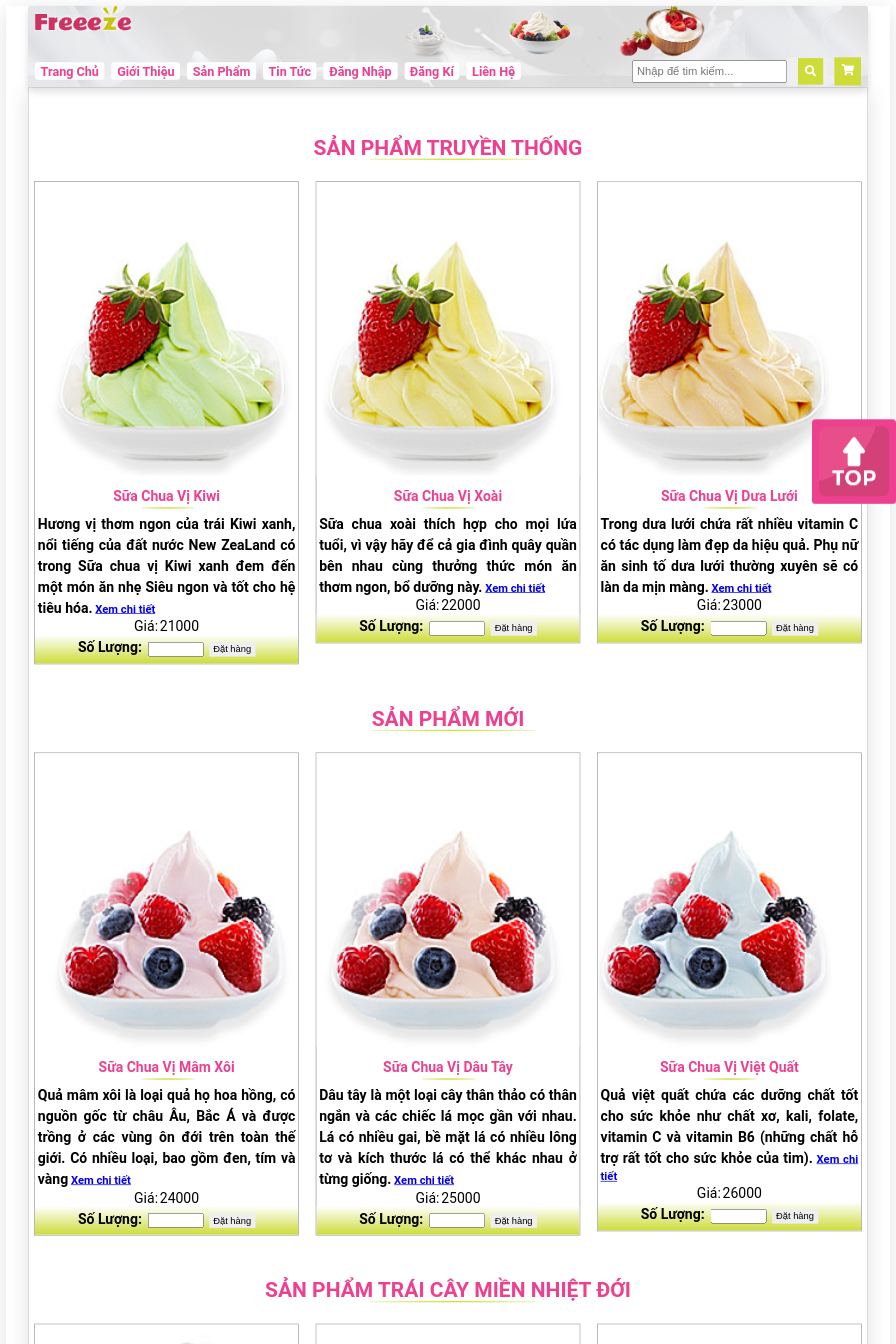
Repository: minh352623/lab1
Page: sanpham.html
These files come from the project's save history. The page is drawn as it stood at one moment and after the next save; the edit follows.
The browser window is 1280 px wide. The pictures show the part of the page from y = 0 to 1920 px (the page is 2690 px tall before and 720 px after), at 70% of full size.

Above is the page before, as saved 2022-03-12 23:45:45.

### sanpham.html
<!DOCTYPE html>
<html lang="en">

<head>
    <meta charset="UTF-8">
    <meta http-equiv="X-UA-Compatible" content="IE=edge">
    <meta name="viewport" content="width=device-width, initial-scale=1.0">
    <link rel="shortcut icon" href="./images/favicon.ico" type="image/x-icon">
    <link rel="stylesheet" href="https://cdnjs.cloudflare.com/ajax/libs/font-awesome/5.15.4/css/all.min.css" integrity="sha512-1ycn6IcaQQ40/MKBW2W4Rhis/DbILU74C1vSrLJxCq57o941Ym01SwNsOMqvEBFlcgUa6xLiPY/NS5R+E6ztJQ==" crossorigin="anonymous" referrerpolicy="no-referrer" />


    <link rel="stylesheet" href="./assets/base.css">
    <link rel="stylesheet" href="./assets/grid.css">
    <link rel="stylesheet" href="./assets/main.css">
    <link rel="stylesheet" href="./assets/sanpham.css">
    <link rel="stylesheet" href="./assets/responsive.css">
    <link rel="shortcut icon" href="./assets/images/favicon.ico">
    <title>Sản Phẩm</title>
</head>

<body>
    <div class="app">
        <!-- header -->
        <div class="header">
            <div class="grid wide">
                <div class="header__backrgoud">

                    <a href="index.html" class="header__logo">
                        <img src="./assets/images/logo.png" alt="">
                    </a>
                    <div class="header__three-img">

                        <a href="#" class="header__img img1">
                            <img src="./assets/images/header-img1.png" alt="hinh1">
                        </a>
                        <a href="#" class="header__img img2">
                            <img src="./assets/images/header-img2.png" alt="hinh2">
                        </a>
                        <a href="#" class="header__img img3">
                            <img src="./assets/images/header-img3.png" alt="hinh3">
                        </a>
                    </div>

                    <div class="header-navbar">
                        <div class="header-navbar__left">
                            <ul  class="header__list">
                                <li class="header__item">
                                    <a href="./index.html" class="header__item-link">Trang Chủ</a>

                                </li>
                                <li class="header__item">
                                    <a href="./gioithieu.html" class="header__item-link">Giới Thiệu </a>

                                </li>
                                <li class="header__item">
                                    <a href="./sanpham.html" class="header__item-link">Sản Phẩm</a>

                                </li>
                                <li class="header__item">
                                    <a href="./tintuc.html" class="header__item-link">Tin Tức</a>

                                </li>
                                <li class="header__item">
                                    <a href="./dangnhap.html" class="header__item-link">Đăng Nhập</a>

                                </li>
                                <li class="header__item">
                                    <a href="./dangky.html" class="header__item-link">Đăng Kí</a>

                                </li>
                                <li class="header__item">
                                    <a href="./lienhe.html" class="header__item-link">Liên Hệ</a>

                                </li>


                            </ul>
                        </div>

                        <form action="timkiem.html" class="header-navbar__right form-search" >
                            <div class="header-input">
                                <input type="text" class="input-search" submit placeholder="Nhập để tim kiếm...">
                            </div>
                            <div class="header-icon">
                                <button type="submit">

                                    <a href="#" class="header-icon__search">
                                        <i class="fas fa-search"></i>

                                    </a>
                                </button>
                                <a class="header-icon__cart">
                                    <i class="fas fa-shopping-cart"></i>
                                </a>
                            </div>
                        </form>
                    </div>
                </div>
            </div>

        </div>


        <!-- main -->
        <div class="main">
            <div class="grid wide">
                <div class="container">


                    <div class="product">
                        <h1 class="product__title product__header-center">Sản Phẩm Truyền Thống</h1>
                        <div class="row">

                            <div class="col l-4">

                            </div>
                            <div class="col l-4">

                            </div>
                            <div class="col l-4 overflow">

                            </div>
                        </div>

                    </div>
                    <div class="product">
                        <h1 class="product__title product__header-center">SẢN PHẨM MỚI
                        </h1>
                        <div class="row">

                            <div class="col l-4">

                            </div>
                            <div class="col l-4">

                            </div>
                            <div class="col l-4">

                            </div>
                        </div>

                    </div>
                    <div class="product">
                        <h1 class="product__title product__header-center">SẢN PHẨM TRÁI CÂY MIỀN NHIỆT ĐỚI
                        </h1>
                        <div class="row">

                            <div class="col l-4">

                            </div>
                            <div class="col l-4">



                            </div>

                            <div class="col l-4">

                            </div>
                        </div>

                    </div>
                </div>


            </div>


        </div>

    </div>


    <!-- footer -->
    <div class="footer">
        <div class="grid wide">
            <div class="license">
                <span>© 2021 Bản quyền thuộc về FreeezeVN.</span>
                <a href="">

                    <i class="fab fa-facebook-f"></i>
                </a>
                <a href="">

                    <i class="fab fa-twitter"></i>
                </a>
                <a href="">

                    <i class="fab fa-pinterest"></i>
                </a>
            </div>
            <a href="#" class="scoll">

                <img src="./assets/images/top.png" alt="">
            </a>
        </div>

    </div>

    </div>
    <script src="./js/sanpham.js"></script>
    <script src="./js/app.js"></script>

</body>

</html>

### assets/base.css
:root {
    --white-color:#fff;
    --black-color:#000;
    --text-color:#333;
    --text-color-header:#ed4190;
    --header-height:40px;
    --header-height-main:50px;
}

*{
    box-sizing: inherit;
}
.app {
    overflow: hidden;
}
html {
    font-size: 62.5%;
    line-height: 1.6rem;
    font-family: 'Roboto', sans-serif;
    box-sizing: border-box;


}

.btn {
    min-width: 124px;
    height: 34px;
    text-decoration: none;
    border: none;
    font-size: 1.5rem;
    cursor: pointer;
    color: var(--text-color);

    display: flex;
    justify-content: center;
    align-items: center;
    padding: 0 12px;
    background-color: var(--white-color);
    line-height: 1.6rem;
    outline: none;
}
.btn--size-s {
    height: 32px;
    font-size: 1.2rem;
}
.btn.btn--nomal-hover:hover {
    background-color: rgba(0, 0, 0,0.2);
}

.btn.btn--primary {
    background-color: var(--primary-color);
    color: var(--white-color);
}

.btn.btn--disabled {
    cursor: default;
    background-color: #c3c3c3;
    color: #949494;
}

### assets/main.css

html{
    scroll-behavior: smooth;
}
.app{
    position: relative;
    box-shadow: rgba(100, 100, 111, 0.2) 0px 7px 29px 0px;
}
button{
    border: none;
}
.header.is-fixed {
    position: fixed;
    top: 0;
    left: 0;
    width: 100%;
    z-index: 100;
    animation: fade 0.25s forwards 1;
  }
.header__backrgoud {
    background-image: url('./images/header.png');
    border-radius: 5px;
    padding: 0 10px;
    /* height:10rem; */
    overflow: hidden;
    display: block;
    position: relative;
    box-shadow: rgba(100, 100, 111, 0.2) 0px 7px 10px 0px;
}

.header__logo {
    display: inline-block;
}

.header__three-img {
    position: absolute;
    top: 0;
    left: 20%;
    width: 80%;



}

.header__img {
    display: inline-block;



}

.img1 {
    position: absolute;
    animation: img1 ease 1s;
    left: 30%;
    top: 2%;

}

.img2 {
    position: absolute;
    animation: img2 ease 1s;
    left: 45%;
    top: 2%;

}

.img3 {
    position: absolute;
    animation: img3 ease 1s;
    left: 63%;
    top: 2%;

}

@keyframes img1 {
    0% {
        left: 100%;
    }

    100% {
        left: 20%
    }
}

@keyframes img2 {
    0% {
        left: 100%;
    }

    100% {
        left: 40%
    }
}

@keyframes img3 {
    0% {
        left: 100%;
    }

    100% {
        left: 60%
    }
}

.header__img img {
    height: 80px;
}


.header-navbar {

    display: flex;
    justify-content: space-between;
    margin-top: 30px;
}

.header-navbar__left {
    display: flex;
    align-items: center;

}

.header__list {
    padding: 0;
    list-style: none;
    display: flex;

}

.header__item+.header__item {
    margin-left: 10px;
}

.header__item {

    background-color: var(--white-color);
    border-radius: 4px;
}
.header__item:hover a{
    color: var(--white-color);
    background-color: var(--text-color-header);
    border-radius: 4px;

}

.header__item-link {
    width: 100%;
    padding: 0 8px;
    line-height: 1.4;
    font-size: 1.8rem;
    font-weight: 600;
    display: block;
    text-decoration: none;
    color: var(--text-color-header)
}

.header-navbar__right {
    display: flex;


    align-items: center;

}

.header-input input {
    font-size: 1.6rem;
    padding: 5px 5px;

}

.header-icon {
    display: flex;
}

.header-icon__cart,
.header-icon__search {
    display: block;
    font-size: 1.6rem;
    margin-left: 10px;
    padding: 10px;
    background-color: #cddc39;
    text-decoration: none;

}

.header-icon__cart i,
.header-icon__search i {
    align-items: center;
    text-align: center;
    color: var(--white-color)
}

/* main */
.container {
    box-shadow: rgba(100, 100, 111, 0.2) 0px 7px 29px 0px;
    border:1px solid #ccc;
    padding:8px;
}

.bg-home {
    /* width:100%; */
}

.bg-home img {
    width: 100%;
    object-fit: contain;
}

.product {
    padding-top:50px
}

.product__header-center {

    color: var(--text-color-header);
    font-size: 3rem;
    position: relative;

    text-align: center;
    display: flex;
    justify-content: center;

}

.product__header-center::after {
    content: '';
    position: absolute;
    background: radial-gradient(#cddc39, #fff);
    box-sizing: border-box;
    transform: skew(-12deg) translate(3%);
    height: 3px;
    width: 20%;
    bottom: -10px;
}

.product__title {
    font-size: 2rem;
    color: var(--text-color-header)
}

.product__img {

}
.product__img img{
    width: 100%;
    object-fit: contain;
}
.product__info p{
    line-height:1.5;
    width: 100%;
    margin-top: 0;
    font-size:1.8rem;
    color: var(--black-color);
    font-weight: 600;
}
.flex{
    display: flex;
    flex-direction: row-reverse
}
.product__header-center3{
    color: var(--text-color-header);
    font-size: 3rem;




}
.tutorial h2{
    color: var(--text-color-header);
    font-size:1.8rem;
}

.tutorial{
    font-size:1.6rem;
    line-height: 1.4;
    font-weight: 600;
}

.contact{
    border:1px solid var(--text-color-header);
    padding:10px 0;
    text-align:center;
}
.contact__img{
    object-fit: contain;
    width: 40%;
}
.contact span {
    display: block;
    font-size:1.8rem;
    font-weight: 600;
    padding-top: 10px;
}

/* footer */

.license{
    font-size:2.5rem;
    font-weight: 600;
    display: block;
    padding: 30px 50px;
    margin-top: 5px;
    text-align:center;
    box-shadow: rgba(100, 100, 111, 0.2) 0px 7px 29px 0px;
}
.license a{
    text-decoration:none;
    color: var(--text-color-header)
}

.scoll{
    font-size:2rem;
    position:fixed;
    background:var(--text-color-header);
    display:block;
    text-decoration: none;
    padding:10px;
    bottom:0;
    right: 0;
    border-radius:5px;
}
.scoll img{
    width: 100%;
    object-fit: contain;
    width:100px;
    height: 100px;
}
.price{
    font-size:2rem;
    margin:16px 0;

}
span{
    font-size: 2rem;
}

### assets/sanpham.css
.product{
    /* border: 1px solid #333; */
}
.overflow{
    overflow: hidden;
}

.product__title{
    text-transform:uppercase;
    font-size: 3rem !important;
    text-align: center;
    margin-bottom: 40px;
}
.product-child{
    border: 1px solid #999;

    overflow: hidden;

}
.product__header-center{
    text-align: center;
    font-size:2rem;
    height:10%;
}
.product__header{

    height:60%;
}
.product__img{
    height:40%;
    position: relative;
}
.product__img img{
    max-height:100%;
    object-fit: cover;
}
.product__info {
    height:90%;
    text-align: center;
}
.product__info p {
    height:60%;
    font-size:1.6rem;
    height:30%;
    text-align: justify;
    padding:0 4px;
    margin-bottom: 4px;
}

.product__info-oder {
    height:40%;
    display:flex;
    font-size:1.6rem;
    padding:10px 0;
    background-image:linear-gradient(  #fff,#cddc39);
    /* background-color:red; */
    justify-content:center;
}
.product__info-oder span{
    font-weight: 600;
}
.product__info-oder input{
    margin: 0 8px;
    width:80px
}
.product__img::after,
.product__img::before{
    content: "";
    position: absolute;
    display: block;
    top: 0;
    width: 0;
    bottom: 0;
    background-color: #333;
    opacity: 0.2;
    z-index: 1;
    transition: all ease 0.8s;
    -webkit-transition: all 0.4s ease;
}
.product__img:hover::after,
.product__img:hover::before{
    width:50%;
}
.product__img::after{
    right:0;
}
.product__img::before{
    left:0;
}

### assets/responsive.css
/* mobile and table  */

@media (max-width:1023px){




}


/* table  */

@media (min-width:740px) and (max-width:1023px ){







}


/* mobile */
@media (max-width:739px){




}

### js/sanpham.js
window.addEventListener("load",function(){

    const col = document.querySelectorAll(".col.l-4");



    const items =
    [

        {
            id:1,
            name:"Sữa Chua Vị Kiwi",
            title:"Hương vị thơm ngon của trái Kiwi xanh, nổi tiếng của đất nước New ZeaLand có trong Sữa chua vị Kiwi xanh đem đến một món ăn nhẹ Siêu ngon và tốt cho hệ tiêu hóa.",
            price:21000,
            photo:"./assets/images/sanpham/kiwi.jpg",
        },
        {

            id:2,

            name:"Sữa Chua Vị Xoài",
            title:"Sữa chua xoài thích hợp cho mọi lứa tuổi, vì vậy hãy để cả gia đình quây quần bên nhau cùng thưởng thức món ăn thơm ngon, bổ dưỡng này.",
            price:22000,
            photo:"./assets/images/sanpham/mango.jpg",
        },
        {
            id:3,

            name:"Sữa Chua Vị Dưa Lưới",
            title:"Trong dưa lưới chứa rất nhiều vitamin C có tác dụng làm đẹp da hiệu quả. Phụ nữ ăn sinh tố dưa lưới thường xuyên sẽ có làn da mịn màng.",
            price:23000,
            photo:"./assets/images/sanpham/cantaloupe.jpg",
        },
        {
            id:4,

            name:"Sữa Chua Vị Mâm Xôi",
            title:"Quả mâm xôi là loại quả họ hoa hồng, có nguồn gốc từ châu Âu, Bắc Á và được trồng ở các vùng ôn đới trên toàn thế giới. Có nhiều loại, bao gồm đen, tím và vàng",
            price:24000,
            photo:"./assets/images/sanpham/blackberry.jpg",
        },
        {
            id:5,

            name:"Sữa Chua Vị Dâu Tây",
            title:"Dâu tây là một loại cây thân thảo có thân ngắn và các chiếc lá mọc gần với nhau. Lá có nhiều gai, bề mặt lá có nhiều lông tơ và kích thước lá có thể khác nhau ở từng giống.",
            price:25000,
            photo:"./assets/images/sanpham/strawberry.jpg",
        },
        {
            id:6,

            name:"Sữa Chua Vị Việt Quất",
            title:"Quả việt quất chứa các dưỡng chất tốt cho sức khỏe như chất xơ, kali, folate, vitamin C và vitamin B6 (những chất hỗ trợ rất tốt cho sức khỏe của tim).",
            price:26000,
            photo:"./assets/images/sanpham/blueberry.jpg",
        },
        {
            id:7,

            name:"Sữa Chua Vị Bưởi",
            title:"Bưởi là một loại quả thuộc chi Cam chanh có nguồn gốc từ Đông Nam Á. Bưởi tiếng Anh gọi là Pomelo, tuy nhiên nhiều từ điển ở Việt Nam lại dịch thành grapefruit.",
            price:27000,
            photo:"./assets/images/sanpham/grapes.jpg",
        },
        {
            id:8,

            name:"Sữa Chua Vị Táo Xanh",
            title:"Táo xanh có hàm lượng chất xơ cao giúp tăng cường quá trình trao đổi chất của cơ thể. Bên cạnh đó chất xơ còn giúp quá trình giải độc gan và hệ tiêu hóa.",
            price:28000,
            photo:"./assets/images/sanpham/strawberry.jpg",
        },
        {
            id:9,

            name:"Sữa Chua Vị Dứa",
            title:"Dứa có tên gọi khác như là khóm, thơm, khớm, gai hoặc huyền nương. Đây là một loại quả nhiệt đới. Dứa là cây bản địa của các nước Nam Mỹ.",
            price:29000,
            photo:"./assets/images/sanpham/kiwi.jpg",
        },
    ]
    function renderItem(item){
        const template = `
        <form class="product-child" data-id="${item.id}">

            <div class="product__img">
                <img src="${item.photo}" name="img"></img>
            </div>

            <div class="product__header">
                <h2 class="product__header-center" name="nameSp">
                    ${item.name}
                </h2>
            </div>


            <div class="product__info">
                <p>
                    <span name="title">${item.title}</span>
                    <a href="#">Xem chi tiết</a>
                </p>
                <span>Giá:</span>
                <span class="price" name="price">${item.price}</span>
                <div class="product__info-oder">
                    <span>Số Lượng:</span>
                    <input type="text" name="soluong" class="number">
                    <button type="submit" class="submit">Đặt hàng</button>

                </div>

            </div>


        </form>

        `;
        return template;

    }
    // console.log(items[0]);
    for(let i = 0; i<col.length;i++){
        const item = items[i];
        col[i].insertAdjacentHTML("beforeend",renderItem(item))
    }


    //đăt Hàng
    for(let i = 0; i<col.length;i++){
        col[i].addEventListener("click",function(e){
            if(e.target.matches(".product-child")){
                e.preventDefault();
            }
            if(e.target.matches(".submit")){
                // console.log(e.target);
                e.preventDefault();
                const form = this.querySelector(".product-child");
                console.log(form);
                const img = form.querySelector(".product__img img").src;
                const name = form.querySelector(".product__header-center").textContent;
                const number = +form.querySelector(".number").value;
                const price = form.querySelector(".price").textContent;

                // console.log(img,name,number,price);


            }
        })
    }



});

Loaded but not shown: js/app.js (47 lines, source omitted); assets/grid.css (644 lines, source omitted)

After the next save:
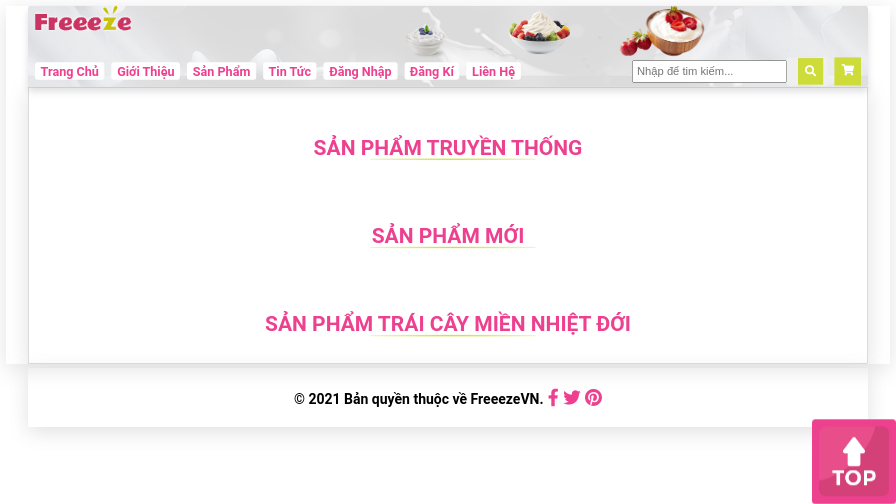
Console error: SyntaxError: Unexpected token '}'
Saved 6 s later.
--- a/js/sanpham.js
+++ b/js/sanpham.js
@@ -142,7 +142,7 @@
                 const price = form.querySelector(".price").textContent;
 
                 // console.log(img,name,number,price);
-
+                if(number>100)
 
             }
         })

After the save that followed:
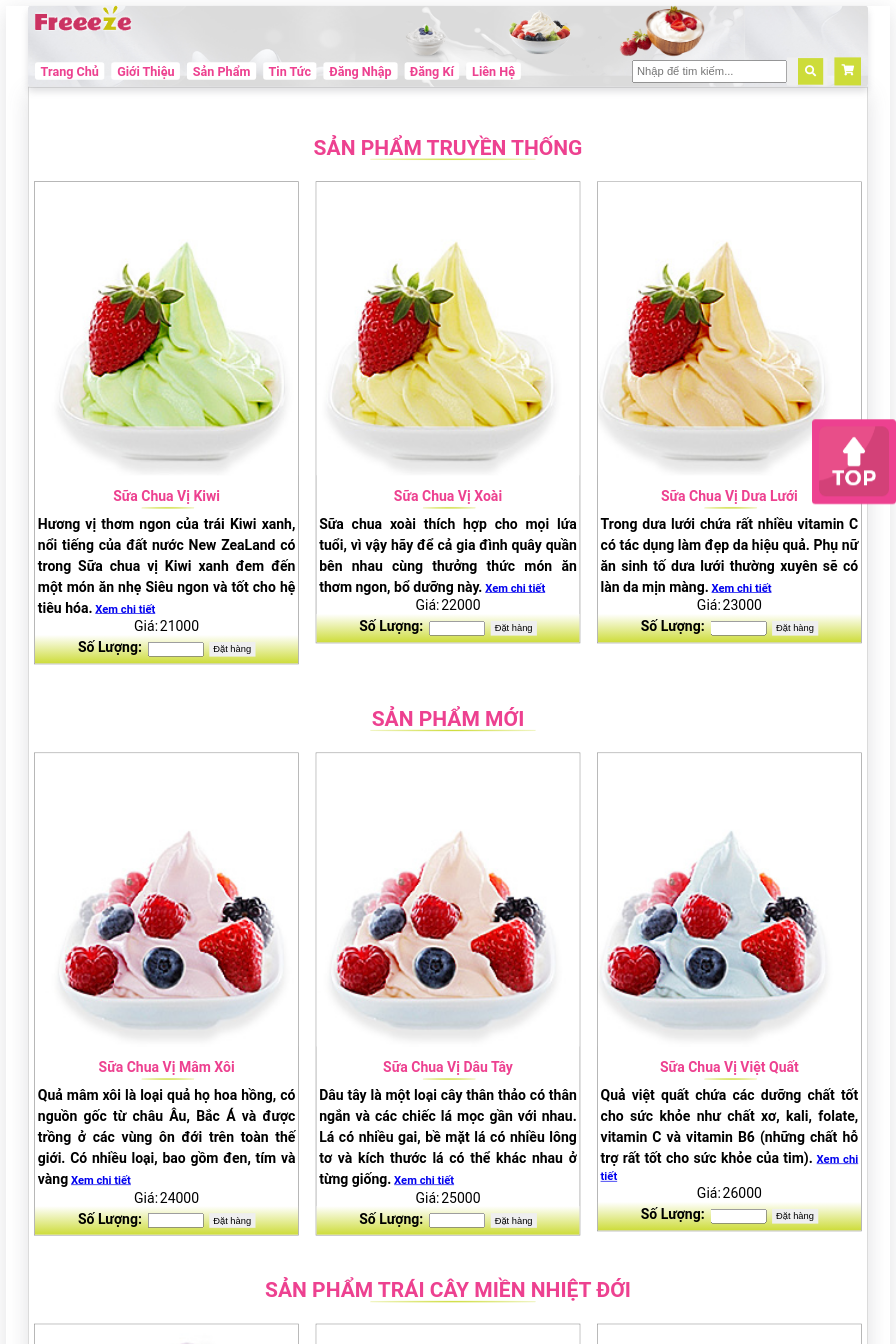
The error is gone.
Saved 8 s later.
--- a/js/sanpham.js
+++ b/js/sanpham.js
@@ -142,7 +142,9 @@
                 const price = form.querySelector(".price").textContent;
 
                 // console.log(img,name,number,price);
-                if(number>100)
+                if(number>100){
+                    al
+                }
 
             }
         })
